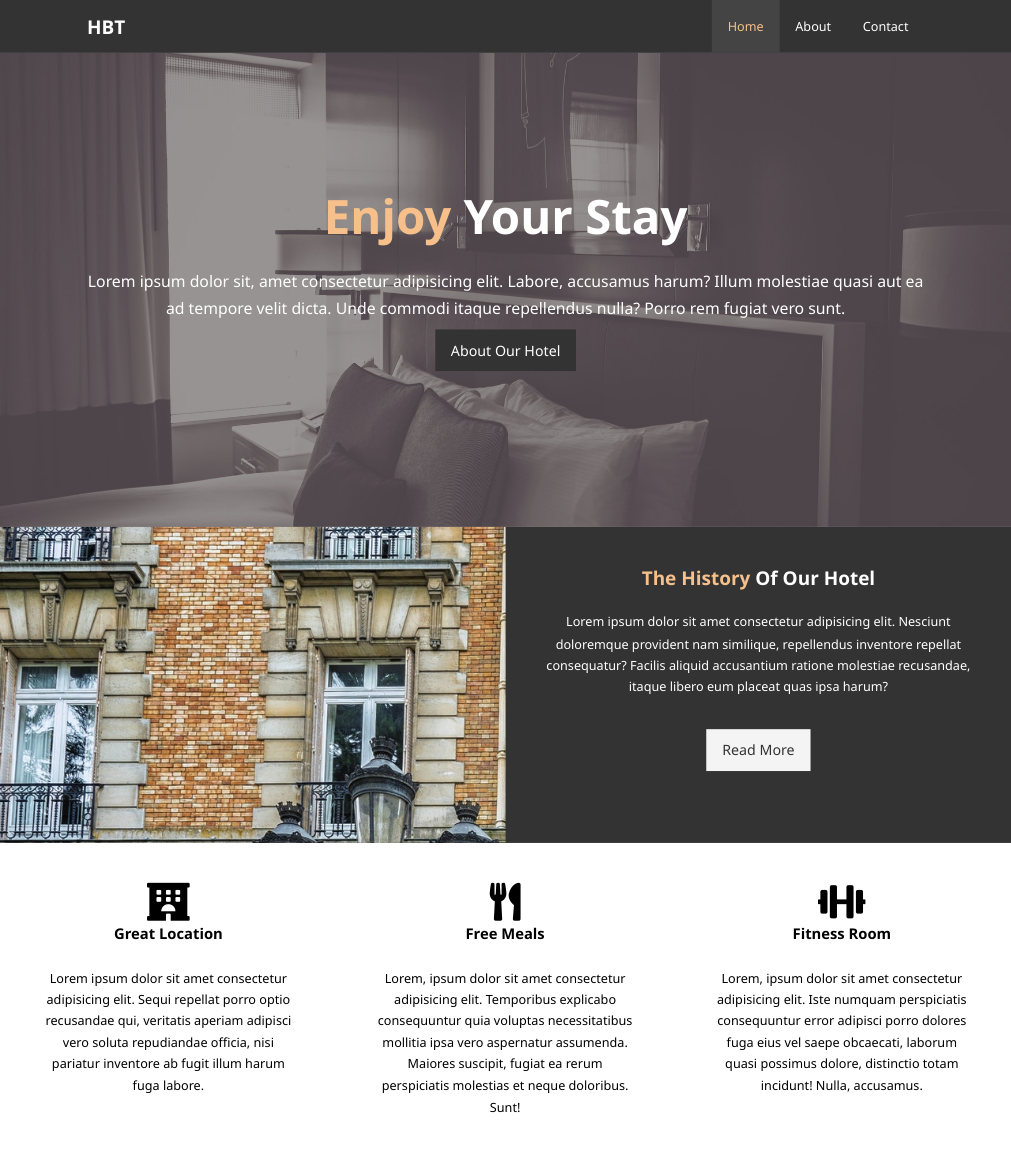
Repository: minhtien9/hotel-website
Page: index.html
An editor plug-in stored every save of this project. The page is shown before and after the next save, followed by the edit.
The browser window is 1280 px wide. The pictures show the whole page, at 79% of full size.

Above is the page before, as saved 2021-08-14 17:57:06.

### index.html
<!DOCTYPE html>
<html lang="en">

<head>
    <meta charset="UTF-8" />
    <meta http-equiv="X-UA-Compatible" content="IE=edge" />
    <meta name="viewport" content="width=device-width, initial-scale=1.0" />
    <meta name="description" content="Welcome to the most extraordinary hotel in Boston Massachusetts" />
    <meta name="keywords" content="hotel, boston hotel, new england hotel" />
    <link rel="stylesheet" href="https://cdnjs.cloudflare.com/ajax/libs/font-awesome/5.15.4/css/all.min.css" integrity="sha512-1ycn6IcaQQ40/MKBW2W4Rhis/DbILU74C1vSrLJxCq57o941Ym01SwNsOMqvEBFlcgUa6xLiPY/NS5R+E6ztJQ==" crossorigin="anonymous" referrerpolicy="no-referrer"
    />
    <link rel="stylesheet" href="css/style.css" />
    <title>Hotel BT | Welcome</title>
</head>

<body>
    <header>
        <nav id="navbar">
            <div class="container">
                <h1 class="logo">
                    <a href="index.html"></a> HBT</h1>
                <ul>
                    <li><a class="current" href="index.html">Home</a></li>
                    <li><a href="about.html">About</a></li>
                    <li><a href="contact.html">Contact</a></li>
                </ul>
            </div>
        </nav>
        <div id="showcase">
            <div class="container">
                <div class="showcase-content">
                    <h1><span class="text-primary">Enjoy </span>Your Stay</h1>
                    <p class="lead">
                        Lorem ipsum dolor sit, amet consectetur adipisicing elit. Labore, accusamus harum? Illum molestiae quasi aut ea ad tempore velit dicta. Unde commodi itaque repellendus nulla? Porro rem fugiat vero sunt.
                    </p>
                    <a class="btn" href="about.html">About Our Hotel</a>
                </div>
            </div>
        </div>
    </header>
    <section id="home-info" class="bg-dark">
        <div class="info-img"></div>
        <div class="info-content">
            <h2><span class="text-primary">The History</span> Of Our Hotel</h2>
            <p>
                Lorem ipsum dolor sit amet consectetur adipisicing elit. Nesciunt doloremque provident nam similique, repellendus inventore repellat consequatur? Facilis aliquid accusantium ratione molestiae recusandae, itaque libero eum placeat quas ipsa harum?
            </p>
            <a href="about.html" class="btn btn-light">Read More</a>
        </div>
    </section>

    <section id="features">
        <div class="box">
            <i class="fas fa-hotel fa-3x"></i>
            <h3>Great Location</h3>
            <p>
                Lorem ipsum dolor sit amet consectetur adipisicing elit. Sequi repellat porro optio recusandae qui, veritatis aperiam adipisci vero soluta repudiandae officia, nisi pariatur inventore ab fugit illum harum fuga labore.
            </p>
        </div>
        <div class="box">
            <i class="fas fa-utensils fa-3x"></i>
            <h3>Free Meals</h3>
            <p>
                Lorem, ipsum dolor sit amet consectetur adipisicing elit. Temporibus explicabo consequuntur quia voluptas necessitatibus mollitia ipsa vero aspernatur assumenda. Maiores suscipit, fugiat ea rerum perspiciatis molestias et neque doloribus. Sunt!
            </p>
        </div>
        <div class="box">
            <i class="fas fa-dumbbell fa-3x"></i>
            <h3>Fitness Room</h3>
            <p>
                Lorem, ipsum dolor sit amet consectetur adipisicing elit. Iste numquam perspiciatis consequuntur error adipisci porro dolores fuga eius vel saepe obcaecati, laborum quasi possimus dolore, distinctio totam incidunt! Nulla, accusamus.
            </p>
        </div>
    </section>
</body>

</html>

### css/style.css
/* Reset */

* {
    margin: 0;
    padding: 0;
    box-sizing: border-box;
}


/* Main Styling */

html,
body {
    font-family: 'Segoe UI', Tahoma, Geneva, Verdana, sans-serif;
    line-height: 1.7em;
}

a {
    color: #333;
    text-decoration: none;
}

h1,
h2,
h3 {
    padding-bottom: 20px;
}

p {
    margin: 10px 0;
}


/* Utility Classes */

.container {
    margin: auto;
    max-width: 1100px;
    overflow: auto;
    padding: 0 20px;
}

.text-primary {
    color: #f7c08a;
}

.lead {
    font-size: 20px;
}

.btn {
    display: inline-block;
    font-size: 18px;
    color: #fff;
    background: #333;
    padding: 13px 20px;
    border: none;
    cursor: pointer;
}

.btn:hover {
    background: #f7c08a;
    color: #333;
}

.btn-light {
    background: #f4f4f4;
    color: #333;
}

.bg-dark {
    background: #333;
    color: #fff;
}

.bg-light {
    background: #f4f4f4;
    color: #333;
}

.bg-primary {
    background: #333;
    color: #f7c08a;
}


/* Navbar */

#navbar {
    background: #333;
    color: #fff;
    overflow: auto;
}

#navbar a {
    color: #fff;
}

#navbar h1 {
    float: left;
    padding-top: 20px;
}

#navbar ul {
    list-style: none;
    float: right;
}

#navbar ul li {
    float: left;
}

#navbar ul li a {
    display: block;
    padding: 20px;
    text-align: center;
}

#navbar ul li a:hover,
#navbar ul li a.current {
    background: #444;
    color: #f7c08a;
}


/* Show case */

#showcase {
    background: url('../img/showcase.jpg') no-repeat center center/cover;
    height: 600px;
}

#showcase .showcase-content {
    color: #fff;
    text-align: center;
    padding-top: 170px;
}

#showcase .showcase-content h1 {
    font-size: 60px;
    line-height: 1.2em;
}

#showcase .showcase-content p {
    padding: bottom 20px;
    line-height: 1.7em;
}


/* Home info */

#home-info {
    height: 400px;
}

#home-info .info-img {
    float: left;
    width: 50%;
    background: url('../img/photo-1.jpg') no-repeat;
    min-height: 100%;
}

#home-info .info-content {
    float: right;
    width: 50%;
    height: 100%;
    text-align: center;
    padding: 50px 30px;
    overflow: hidden;
}

#home-info .info-content p {
    padding-bottom: 30px;
}


/* Features */

.box {
    float: left;
    width: 33.3%;
    padding: 50px;
    text-align: center;
}

After the next save:
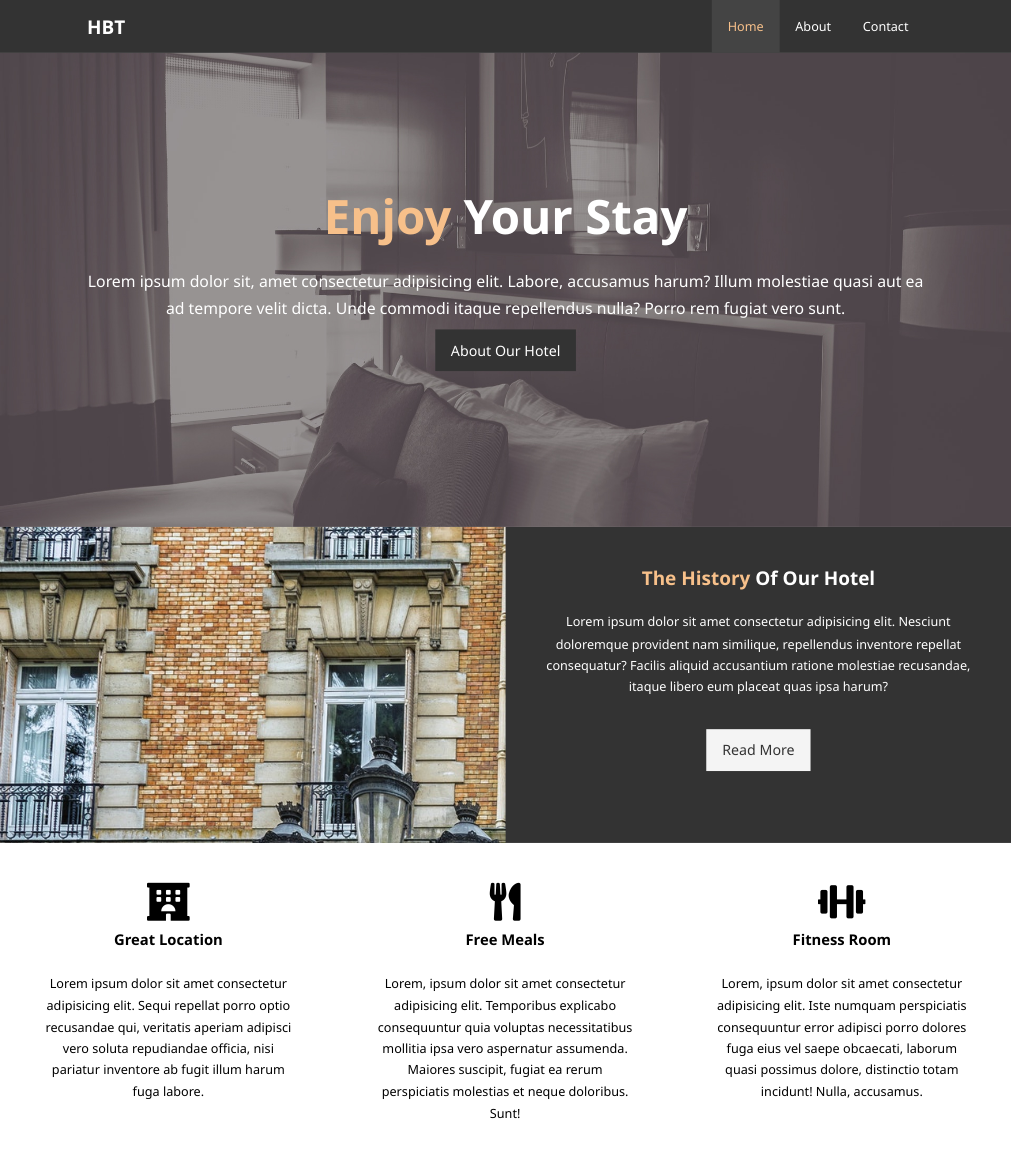
Saved 23 s later.
--- a/css/style.css
+++ b/css/style.css
@@ -182,3 +182,7 @@ p {
     padding: 50px;
     text-align: center;
 }
+
+.box i {
+    margin-bottom: 10px;
+}
